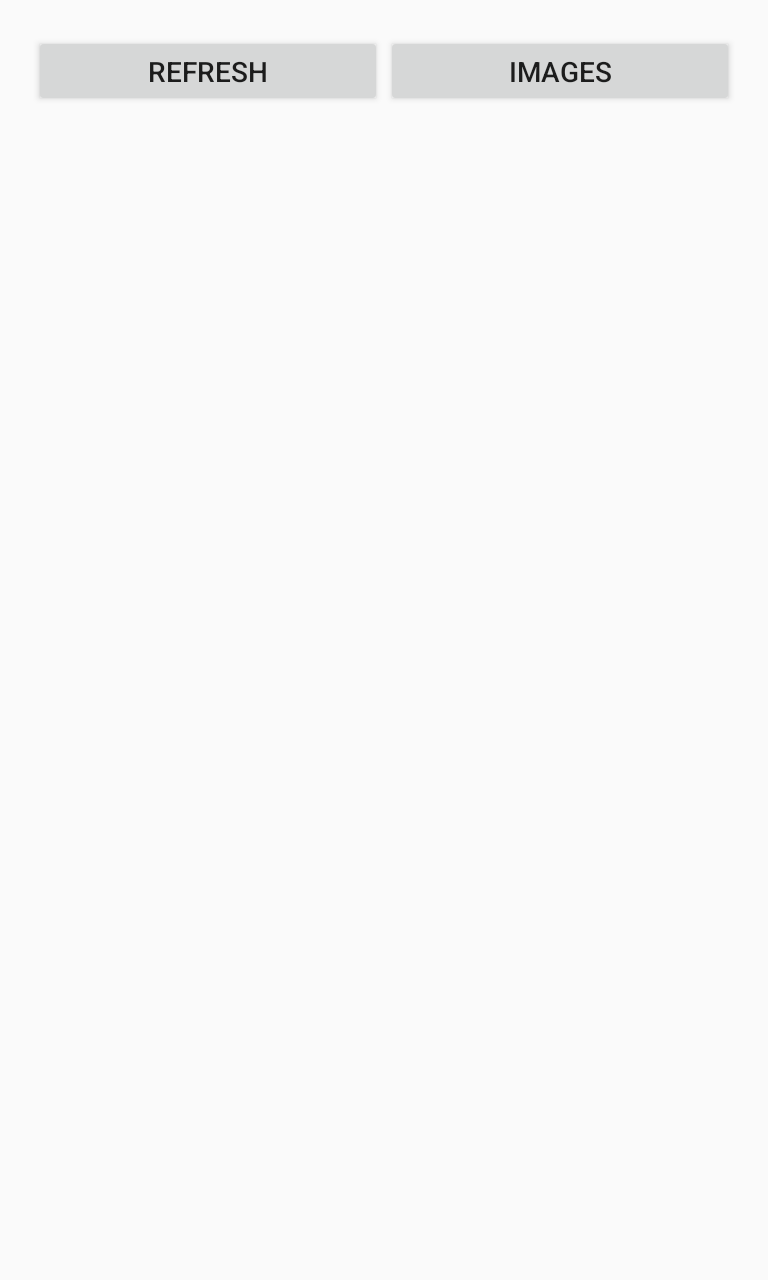
Repository: browndrf/cmpe283
Layout: myopenstack/res/layout/activity_main.xml
The author's editor kept a copy of each file at every save. The layout is drawn from the files as they stood at one save, then again after the next save.
It is drawn on a 768 x 1280 px phone screen (xhdpi) without system bars, with theme AppTheme; the app's code is not run.

Above is the layout before, as saved 2014-09-13 18:37:24.

### myopenstack/res/layout/activity_main.xml
<RelativeLayout xmlns:android="http://schemas.android.com/apk/res/android"
    xmlns:tools="http://schemas.android.com/tools"
    android:layout_width="match_parent"
    android:layout_height="match_parent"
    android:paddingBottom="@dimen/activity_vertical_margin"
    android:paddingLeft="@dimen/activity_horizontal_margin"
    android:paddingRight="@dimen/activity_horizontal_margin"
    android:paddingTop="@dimen/activity_vertical_margin"
    tools:context=".MainActivity" >

    <LinearLayout
        android:id="@+id/LinearLayout02"
        android:layout_width="fill_parent"
        android:layout_height="wrap_content"
        android:layout_alignParentTop="true" >

        <Button
            android:id="@+id/Button02"
            android:layout_width="wrap_content"
            android:layout_height="wrap_content"
            android:layout_weight="1"
            android:minHeight="10dp"
            android:text="Refresh" >
        </Button>

        <Button
            android:id="@+id/Button03"
            android:layout_width="wrap_content"
            android:layout_height="wrap_content"
            android:layout_weight="1"
            android:minHeight="10dp"
            android:text="Images" >
        </Button>
    </LinearLayout>

    <TableLayout
        android:id="@+id/tableLayout1"
        android:layout_width="match_parent"
        android:layout_height="match_parent"
        android:shrinkColumns="*"
        android:stretchColumns="*"
        android:layout_marginTop="40dp">
    </TableLayout>

</RelativeLayout>

Loaded but not shown: myopenstack/res/values/styles.xml (common file); myopenstack/res/values-v11/styles.xml (common file); myopenstack/res/values-v14/styles.xml (common file); myopenstack/res/values/dimens.xml (common file); myopenstack/res/values-w820dp/dimens.xml (common file)

After the next save:
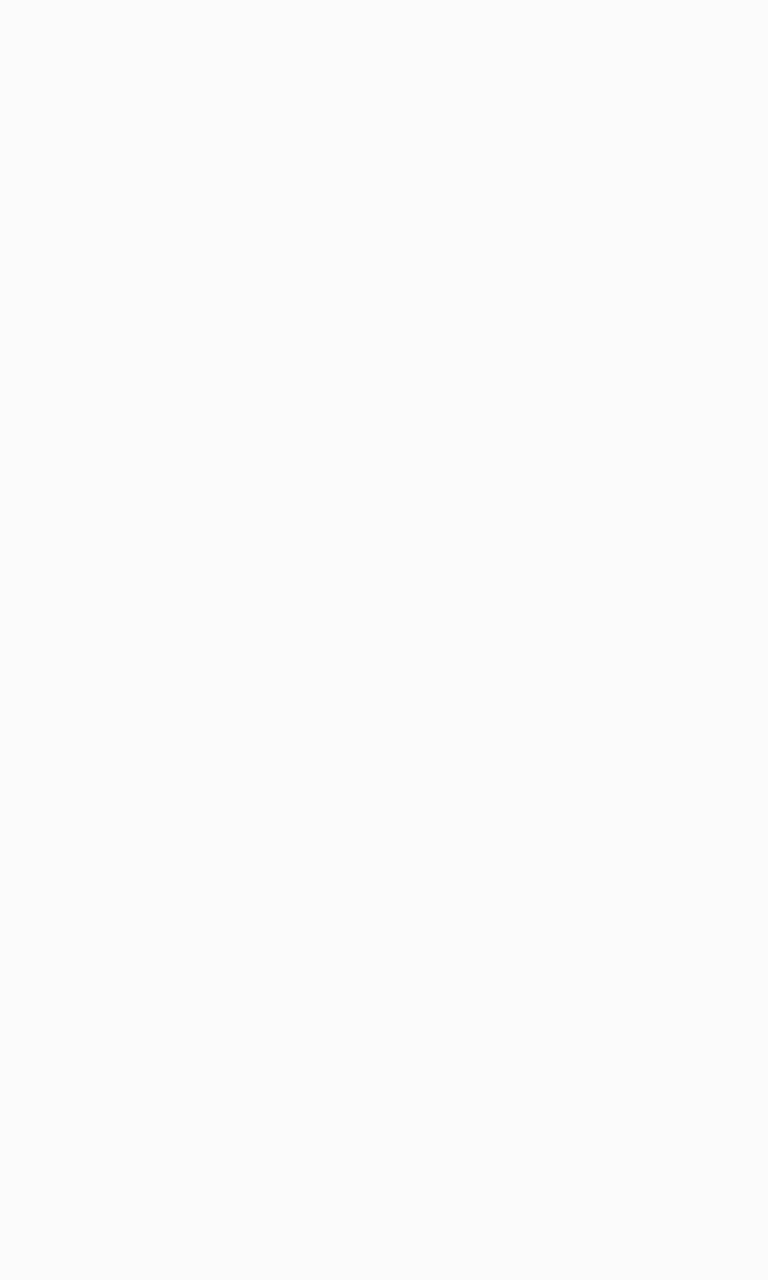
Saved 75 s later.
--- a/myopenstack/res/layout/activity_main.xml
+++ b/myopenstack/res/layout/activity_main.xml
@@ -17,8 +17,6 @@
         <Button
             android:id="@+id/Button02"
             android:layout_width="wrap_content"
-            android:layout_height="wrap_content"
-            android:layout_weight="1"
             android:minHeight="10dp"
             android:text="Refresh" >
         </Button>
@@ -26,8 +24,6 @@
         <Button
             android:id="@+id/Button03"
             android:layout_width="wrap_content"
-            android:layout_height="wrap_content"
-            android:layout_weight="1"
             android:minHeight="10dp"
             android:text="Images" >
         </Button>

After the save that followed:
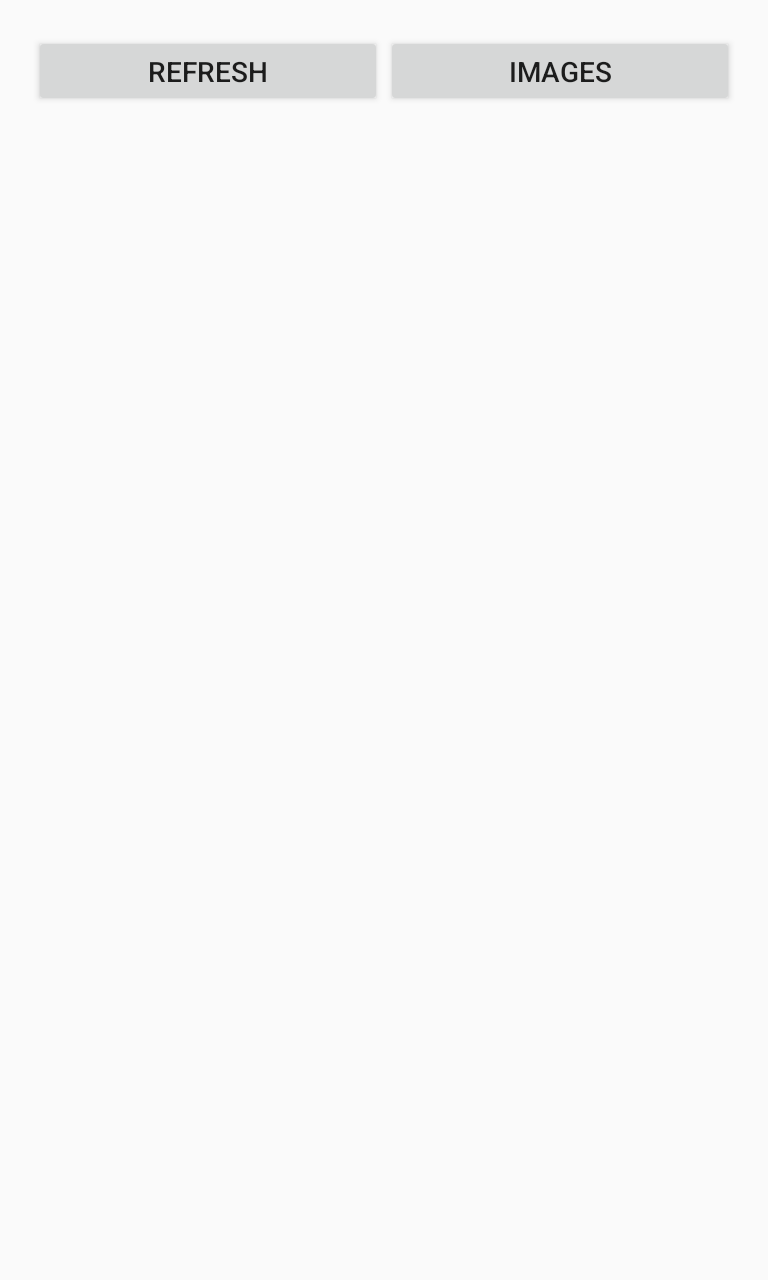
Saved 34 s later.
--- a/myopenstack/res/layout/activity_main.xml
+++ b/myopenstack/res/layout/activity_main.xml
@@ -17,6 +17,8 @@
         <Button
             android:id="@+id/Button02"
             android:layout_width="wrap_content"
+            android:layout_height="wrap_content"
+            android:layout_weight="1"
             android:minHeight="10dp"
             android:text="Refresh" >
         </Button>
@@ -24,6 +26,8 @@
         <Button
             android:id="@+id/Button03"
             android:layout_width="wrap_content"
+            android:layout_height="wrap_content"
+            android:layout_weight="1"
             android:minHeight="10dp"
             android:text="Images" >
         </Button>
